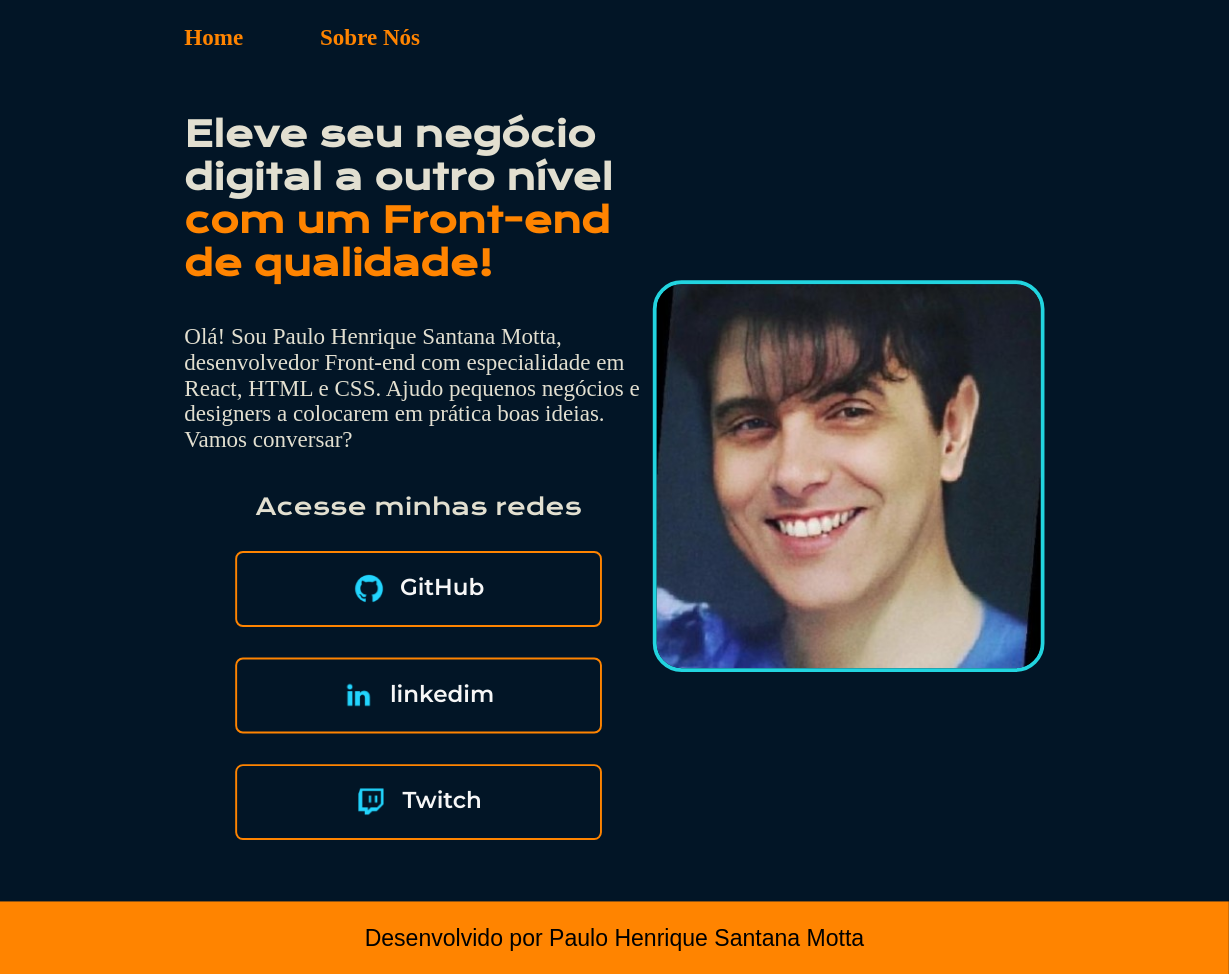
Repository: phsmottanerd/projeto-portfolio-alura
Page: index.html
These files come from the project's save history. The page is drawn as it stood at one moment and after the next save; the edit follows.
The browser window is 1280 px wide. The pictures show the whole page, at 96% of full size.

Above is the page before, as saved 2025-01-28 02:35:26.

After the next save:
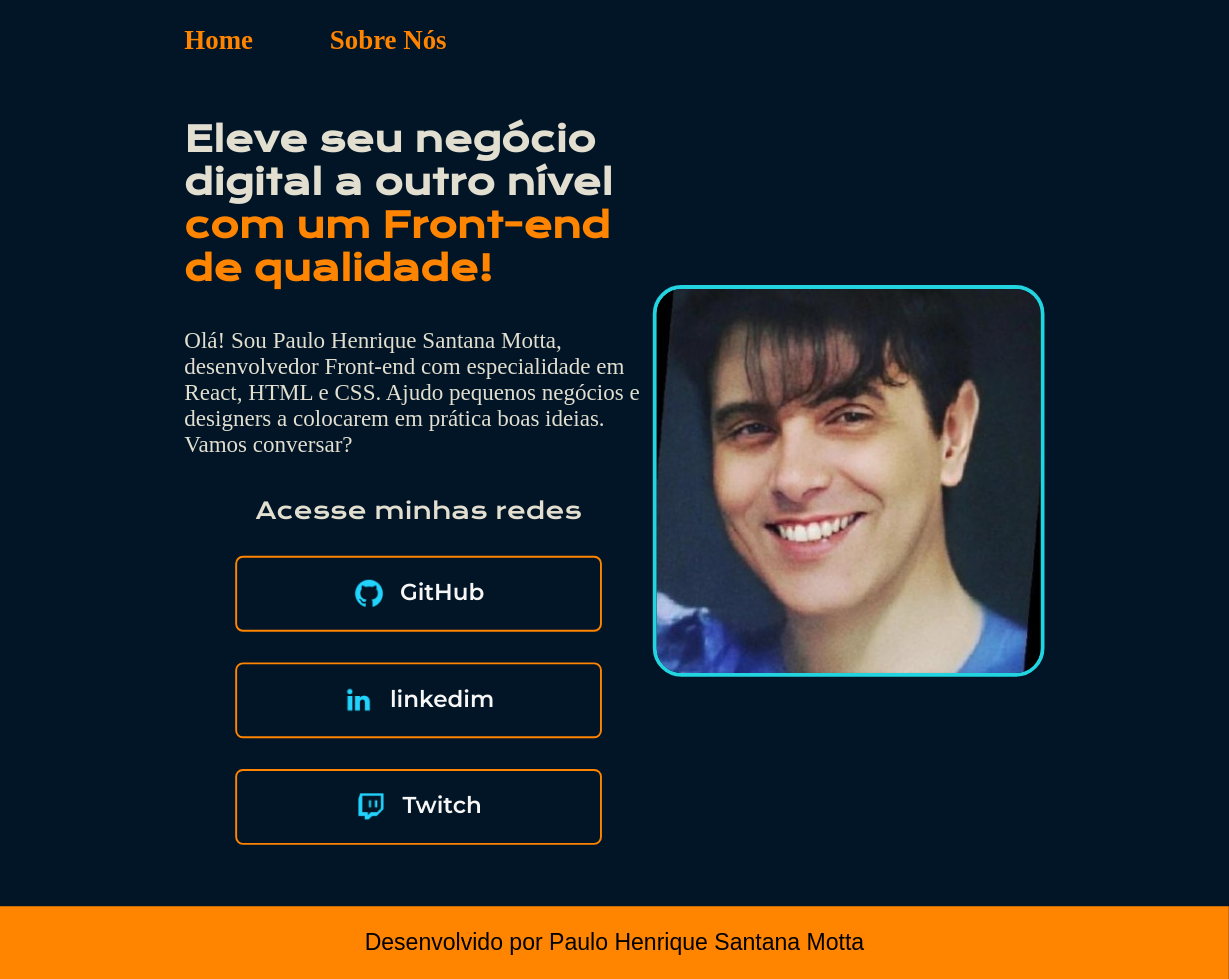
Saved 40 s later.
--- a/estilos/style.css
+++ b/estilos/style.css
@@ -32,7 +32,7 @@ body {
 
 .cabecalho__menu__link {
   font-family: var(----font-secundaria);
-  font-size: 24px;
+  font-size: 28px;
   font-weight: 600;
   color: var(--cor-terciaria);
   text-decoration: none;
